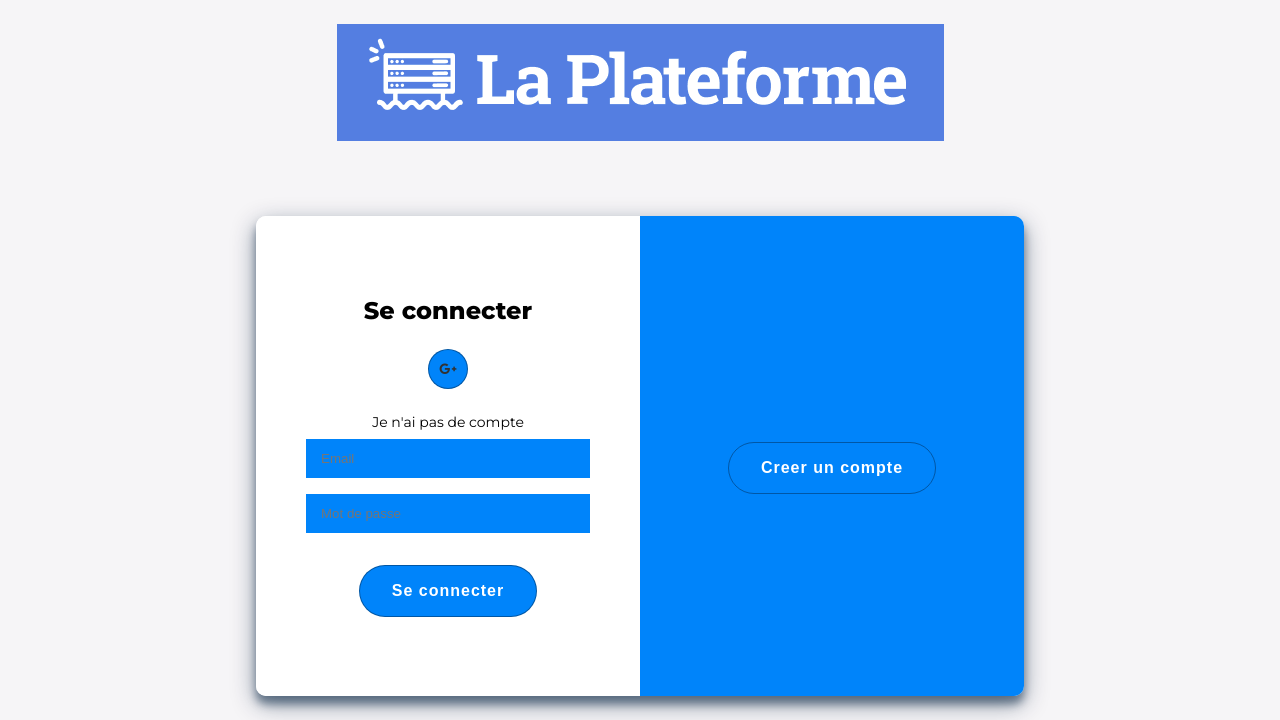
Repository: karim-sebih/runtrackJs
Page: bigjob/index.html
The author's editor kept a copy of each file at every save. The page is drawn from the files as they stood at one save, then again after a run of saves.
The browser window is 1280 px wide. The pictures show the whole page.
Some web libraries are served in a nearby version.

Above is the page before, as saved 2025-03-21 08:45:05.

After the next 2 saves:
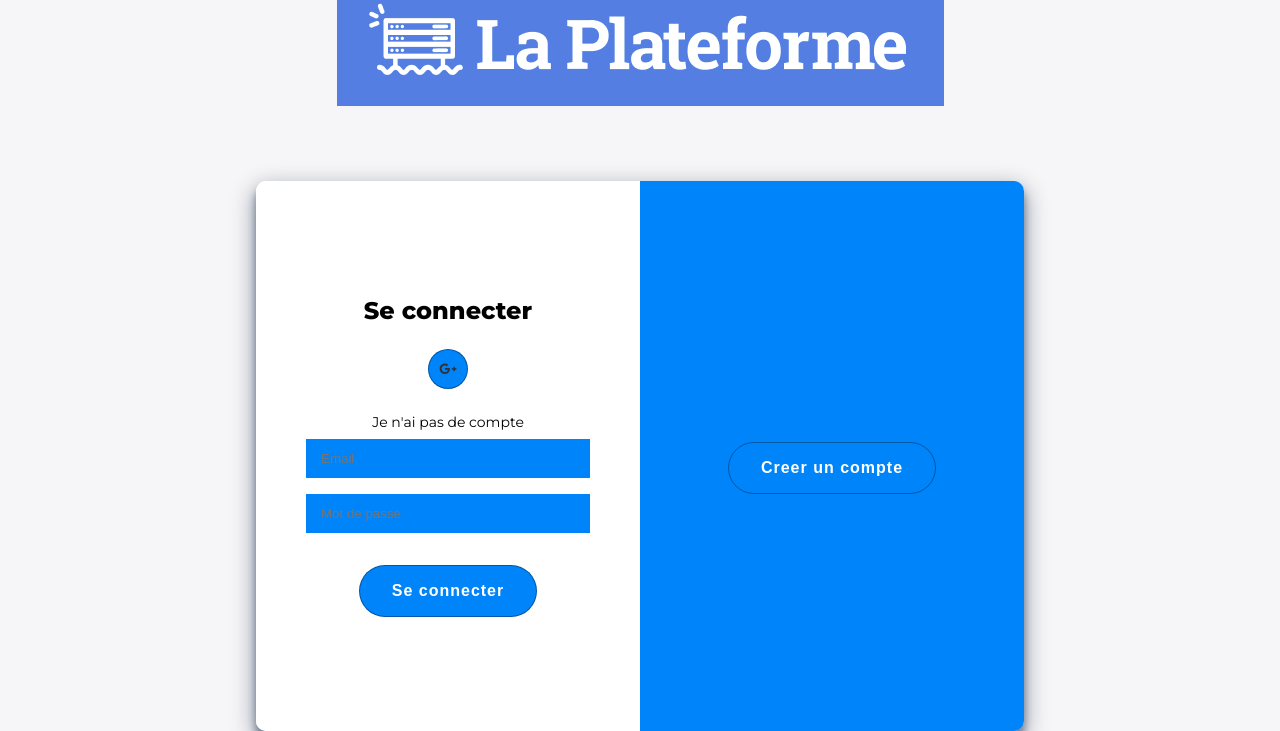
The 2 saves are shown as one change because they came seconds apart.
The last was saved 118 s later.
--- a/bigjob/css/index.css
+++ b/bigjob/css/index.css
@@ -27,7 +27,7 @@ body {
 .container{
 	position: relative;
 	overflow: hidden;
-	min-height: 480px;
+	min-height: 550px;
 	width: 768px;
 	max-width: 100%;
 	background-color: #fff;
